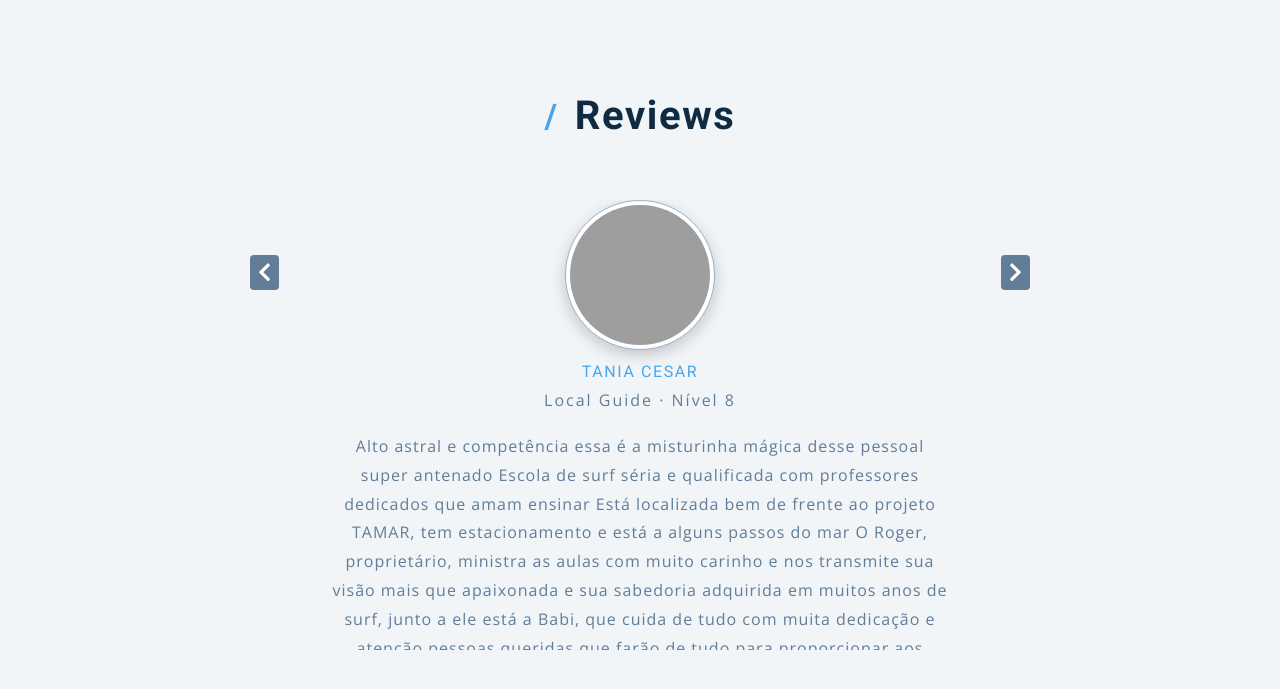
Repository: araguaci/floripasurfclub-reviews
Page: index.html
An editor plug-in stored every save of this project. The page is shown before and after the next save, followed by the edit.
The browser window is 1280 px wide. The pictures show the whole page.
Pictures or frames that could not be fetched are drawn as grey boxes. Some web libraries are served in a nearby version.

Above is the page before, as saved 2021-08-23 20:36:31.

### index.html
<!DOCTYPE html>
<html lang="en">
  <head>
    <meta charset="UTF-8" />
    <meta name="viewport" content="width=device-width, initial-scale=1.0" />
    <title>ES6 Slider</title>
    <!-- font-awesome -->
    <link
      rel="stylesheet"
      href="https://cdnjs.cloudflare.com/ajax/libs/font-awesome/5.14.0/css/all.min.css"
    />

    <!-- stylesheet -->
    <link rel="stylesheet" href="styles.css" />
  </head>
  <body>
    <section class="slider">
      <div class="reviews">
        <h2><span>/</span>reviews</h2>
      </div>
      <div class="slide-container">
        <!-- <article class="slide">
          <img
            src="https://res.cloudinary.com/diqqf3eq2/image/upload/c_scale,w_200/v1595959121/person-1_aufeoq.jpg"
            class="img"
            alt="peter doe"
          />
          <h4>peter doe</h4>
          <p class="title">product designer</p>
          <p class="text">
            Lorem ipsum dolor sit amet consectetur adipisicing elit. Quidem quo
            eius recusandae officia voluptas sint deserunt dicta nihil nam
            omnis?
          </p>
          <div class="quote-icon">
            <i class="fas fa-quote-right"></i>
          </div>
        </article> -->
      </div>
      <!-- buttons -->
      <!-- prev btn -->
      <button class="btn prev-btn">
        <i class="fas fa-chevron-left"></i>
      </button>
      <!-- next button -->
      <button class="btn next-btn">
        <i class="fas fa-chevron-right"></i>
      </button>
    </section>
    <script type="module" src="app.js"></script>
  </body>
</html>

### styles.css
/*
===============
Fonts
===============
*/
@import url("https://fonts.googleapis.com/css?family=Open+Sans|Roboto:400,700&display=swap");

/*
===============
Variables
===============
*/

:root {
  /* dark shades of primary color*/
  --clr-primary-1: hsl(205, 86%, 17%);
  --clr-primary-2: hsl(205, 77%, 27%);
  --clr-primary-3: hsl(205, 72%, 37%);
  --clr-primary-4: hsl(205, 63%, 48%);
  /* primary/main color */
  --clr-primary-5: hsl(205, 78%, 60%);
  /* lighter shades of primary color */
  --clr-primary-6: hsl(205, 89%, 70%);
  --clr-primary-7: hsl(205, 90%, 76%);
  --clr-primary-8: hsl(205, 86%, 81%);
  --clr-primary-9: hsl(205, 90%, 88%);
  --clr-primary-10: hsl(205, 100%, 96%);
  /* darkest grey - used for headings */
  --clr-grey-1: hsl(209, 61%, 16%);
  --clr-grey-2: hsl(211, 39%, 23%);
  --clr-grey-3: hsl(209, 34%, 30%);
  --clr-grey-4: hsl(209, 28%, 39%);
  /* grey used for paragraphs */
  --clr-grey-5: hsl(210, 22%, 49%);
  --clr-grey-6: hsl(209, 23%, 60%);
  --clr-grey-7: hsl(211, 27%, 70%);
  --clr-grey-8: hsl(210, 31%, 80%);
  --clr-grey-9: hsl(212, 33%, 89%);
  --clr-grey-10: hsl(210, 36%, 96%);
  --clr-white: #fff;
  --clr-red-dark: hsl(360, 67%, 44%);
  --clr-red-light: hsl(360, 71%, 66%);
  --clr-green-dark: hsl(125, 67%, 44%);
  --clr-green-light: hsl(125, 71%, 66%);
  --clr-black: #222;
  --ff-primary: "Roboto", sans-serif;
  --ff-secondary: "Open Sans", sans-serif;
  --transition: all 0.3s linear;
  --spacing: 0.1rem;
  --radius: 0.25rem;
  --light-shadow: 0 5px 15px rgba(0, 0, 0, 0.1);
  --dark-shadow: 0 5px 15px rgba(0, 0, 0, 0.2);
  --max-width: 1170px;
  --fixed-width: 620px;
}
/*
===============
Global Styles
===============
*/

*,
::after,
::before {
  margin: 0;
  padding: 0;
  box-sizing: border-box;
}
body {
  font-family: var(--ff-secondary);
  background: var(--clr-grey-10);
  color: var(--clr-grey-1);
  line-height: 1.5;
  font-size: 0.875rem;
}
ul {
  list-style-type: none;
}
a {
  text-decoration: none;
}
h1,
h2,
h3,
h4 {
  letter-spacing: var(--spacing);
  text-transform: capitalize;
  line-height: 1.25;
  margin-bottom: 0.75rem;
  font-family: var(--ff-primary);
}
h1 {
  font-size: 3rem;
}
h2 {
  font-size: 2rem;
}
h3 {
  font-size: 1.25rem;
}
h4 {
  font-size: 0.875rem;
}
p {
  margin-bottom: 1.25rem;
  color: var(--clr-grey-5);
}
@media screen and (min-width: 800px) {
  h1 {
    font-size: 4rem;
  }
  h2 {
    font-size: 2.5rem;
  }
  h3 {
    font-size: 1.75rem;
  }
  h4 {
    font-size: 1rem;
  }
  body {
    font-size: 1rem;
  }
  h1,
  h2,
  h3,
  h4 {
    line-height: 1;
  }
}

.section-center {
  width: 90vw;
  margin: 0 auto;
  max-width: 1170px;
}
@media screen and (min-width: 992px) {
  .section-center {
    width: 95vw;
  }
}
main {
  min-height: 100vh;
  display: grid;
  place-items: center;
}

/*
===============
Slider Styles
===============
*/
section {
  width: 85vw;
  max-width: var(--fixed-width);
  margin: 0 auto;
  margin-top: 5rem;
  text-align: center;
  padding: 1rem 0;
  /* set relative for buttons */
  position: relative;
}
.reviews {
  margin-bottom: 4rem;
}
.reviews h2 {
  display: flex;
  align-items: center;
  justify-content: center;
}
.reviews span {
  font-size: 0.85em;
  color: var(--clr-primary-5);
  margin-right: 1rem;
}
.img {
  width: 150px;
  height: 150px;
  object-fit: cover;
  border: 1px solid var(--clr-grey-7);
  background: var(--clr-white);
  padding: 0.25rem;
  border-radius: 50%;
  box-shadow: var(--dark-shadow);
}
h4 {
  text-transform: uppercase;
  font-weight: 500;
  color: var(--clr-primary-5);
  letter-spacing: var(--spacing);
  margin: 0.5rem 0;
}
.title {
  margin-bottom: 1.25rem;
  letter-spacing: 2px;
  text-transform: capitalize;
}
.text {
  color: var(--clr-grey-5);
  line-height: 1.8;
  max-width: 45em;
  margin: 0 auto;
  letter-spacing: 1px;
}

.icon:hover {
  transform: scale(1.1);
  opacity: 0.8;
}
.quote-icon {
  font-size: 3rem;
  margin-top: 2rem;
  color: var(--clr-primary-5);
}
/* set buttons */
.btn {
  position: absolute;
  top: 175px;
  background: var(--clr-grey-5);
  color: var(--clr-white);
  padding: 0.25rem 0.35rem;
  border-radius: 0.25rem;
  border: transparent;
  cursor: pointer;
}
.next-btn {
  right: -0.5rem;
}
.prev-btn {
  left: -0.5rem;
}
@media screen and (min-width: 768px) {
  .next-btn {
    right: -5rem;
  }
  .prev-btn {
    left: -5rem;
  }
  .btn {
    font-size: 1.3rem;
    padding: 0.35rem 0.5rem;
  }
  .quote-icon {
    font-size: 4rem;
  }
}

/* MORE CSS FOR JS */

.slide-container {
  display: flex;
  position: relative;
  height: 450px;
  overflow: hidden;
}

.slide {
  position: absolute;
  top: 0;
  left: 0;
  width: 100%;
  height: 100%;
  transition: all 0.3s ease-in-out;
  opacity: 0;
}
.slide.active {
  opacity: 1;
  transform: translateX(0);
}
.slide.next {
  transform: translateX(100%);
}
.slide.last {
  transform: translateX(-100%);
}

### app.js
import data from "./data.js";
const container = document.querySelector(".slide-container");
const nextBtn = document.querySelector(".next-btn");
const prevBtn = document.querySelector(".prev-btn");
// if length is 1 hide buttons
if (data.length === 1) {
  nextBtn.style.display = "none";
  prevBtn.style.display = "none";
}
// if length is 2, add copies of slides
let people = [...data];
if (data.length === 2) {
  people = [...data, ...data];
}
container.innerHTML = people
  .map((person, slideIndex) => {
    const { img, name, job, text } = person;
    let position = "next";
    if (slideIndex === 0) {
      position = "active";
    }
    if (slideIndex === people.length - 1) {
      position = "last";
    }
    if (data.length <= 1) {
      position = "active";
    }
    return `<article class="slide ${position}">
  <img src=${img} class="img" alt="${name}"/>
  <h4>${name}</h4>
  <p class="title">${job}</p>
  <p class="text">
   ${text}
  </p>
<div class="quote-icon">
<i class="fas fa-quote-right"></i>
</div>
 </article>`;
  })
  .join("");

const startSlider = (type) => {
  // get all three slides active,last next
  const active = document.querySelector(".active");
  const last = document.querySelector(".last");
  let next = active.nextElementSibling;
  if (!next) {
    next = container.firstElementChild;
  }
  active.classList.remove(["active"]);
  last.classList.remove(["last"]);
  next.classList.remove(["next"]);

  if (type === "prev") {
    active.classList.add("next");
    last.classList.add("active");
    next = last.previousElementSibling;
    if (!next) {
      next = container.lastElementChild;
    }
    next.classList.remove(["next"]);
    next.classList.add("last");
    return;
  }
  active.classList.add("last");
  last.classList.add("next");
  next.classList.add("active");
};
nextBtn.addEventListener("click", () => {
  startSlider();
});
prevBtn.addEventListener("click", () => {
  startSlider("prev");
});

### data.js
const people = [
  {
    img:
      "https://lh3.googleusercontent.com/a-/AOh14Giu0kiWyS2TqMwVEJ1al1_fpSVvwjTqir82_8H4-A=w60-h60-p-rp-mo-ba6-br100",
    name: "Tania Cesar",
    job: "Local Guide · Nível 8",
    text: `Alto astral e competência essa é a misturinha mágica desse pessoal super antenado
    Escola de surf séria e qualificada com professores dedicados que amam ensinar
    Está localizada bem de frente ao projeto TAMAR, tem estacionamento e está a alguns passos do mar
    O Roger, proprietário, ministra as aulas com muito carinho e nos transmite sua visão mais que apaixonada e sua sabedoria adquirida em muitos anos de surf, junto a ele está a Babi, que cuida de tudo com muita dedicação e atenção,pessoas queridas que farão de tudo para proporcionar aos alunos uma experiência inigualável.
    Vale a pena conferir!`,
  },
  {
    img:
      "https://lh3.googleusercontent.com/a-/AOh14GiYjYRznwekXx5B-5pkouNsyKt9njs5WctHDGFmWQI=w60-h60-p-rp-mo-br100",
    name: "Cesar Lopes",
    job: "Local Guide · Nível 2",
    text: `A aula é excelente, tudo em volta favorece, local, professor e material. Recomendo bastante`,
  },
  {
    img:
      "https://lh3.googleusercontent.com/a-/AOh14GgDzGFLzrlMZXo79mGsCE17A-hisYfwxj4CTLlsgg=w60-h60-p-rp-mo-ba4-br100",
    name: "Jaqueline Muniz",
    job: "Local Guide · Nível 6",
    text: `Manhã sensacional de surf graças ao Roger e a equipe do Floripa Surf Club! Fomos super bem acolhidos e instruídos. Os equipamentos são novíssimos e de ótima qualidade! Valeu demais!!`,
  },
  {
    img:
      "https://lh3.googleusercontent.com/a-/AOh14Gh6XkPmODM_cSEtolbGRLu3ikdT2PHd3dcjLbnArw=w60-h60-p-rp-mo-ba5-br100",
    name: "M. M. Leal",
    job: "Local Guide · Nível 7",
    text: `Essa escola é simplesmente incrível!!  A cada aula me sinto mais segura e mais confortável mas ondas, logo no primeiro dia já consegui ficar em pé na prancha! Eles tem vários tamanhos de prancha disponíveis e todo o material necessário. As aulas são profissionais e tudo com muito respeito, paciência e didática você se diverte, aprende e se conecta com a natureza e as ondas. Altamente recomendado!!`,
  },
  {
    img:
      "https://lh3.googleusercontent.com/a-/AOh14Gh8OcfW8UpBhIn2HgTVwjr2IgwT1A-fHR8t4rLNXQ=w60-h60-p-rp-mo-ba5-br100",
    name: "Natan Morette",
    job: "Local Guide · Nível 7",
    text: `Roger foi um excelente professor. Aulas muito boas, auto astral de mais. Aprendi a verdadeira essência do surf e me diverti muito. Além de ter evoluído de mais o meu nível de surf`,
  },
  {
    img:
      "https://lh3.googleusercontent.com/a-/AOh14GjHWM6SS1DVT6zLS50jgyPwNiRUPS9-ZbThNKiV5wY=w60-h60-p-rp-mo-br100",
    name: "ISABEL FAGUNDES",
    job: "",
    text: `Simplesmente Maravilhoso! Profs atenciosos e de ótima comunicação! Realmente amam o surf!  Minha filha fez a aula e super amou! Realização! Obrigada e parabéns!`,
  },
  {
    img:
      "https://lh3.googleusercontent.com/a/AATXAJxMuxno1G7MPdT0GL03WJO0U0C4l-refb-5gti_=w60-h60-p-rp-mo-br100",
    name: "Vinícius Pavan",
    job: "",
    text: `Entrei para uma escola de surf e ganhei uma família para a prática do esporte. Tudo impecável em cada detalhe e em poucas aulas a evolução foi muito grande.
    A equipe é incrível, especialmente o Roger que nos pegou pela mão e ensinou cada detalhe não apenas técnico como comportamental, ético moral do surf. Só tenho a agradecer!!`,
  },
  {
    img:
      "https://lh3.googleusercontent.com/a-/AOh14Gjdgf3fnxikdAAKotnWX4N-AfRUTeGsV2paQeAbHg=w60-h60-p-rp-mo-br100",
    name: "Leonardo",
    job: "",
    text: `Aulas muito boas e excelentes profissionais. Todos estão de parabéns pelo trabalho e pela energia dentro e fora da água. Valeu, galera!`,
  },
  {
    img:
      "https://lh3.googleusercontent.com/a-/AOh14GgYC2TEO3bykkbIRnAGhidciWzA_bbK2IwqC7jv-Q=w60-h60-p-rp-mo-br100",
    name: "Vinicius Paulino",
    job: "",
    text: `Além dos equipamentos de qualidade os ensinamentos praticos, teoricos e a vibe dos professores garetem o surf na sua essência com seguranca evolucao e diversão garantida...`,
  },
  {
    img:
      "https://lh3.googleusercontent.com/a-/AOh14GgBeeZeJouQSUSck3TaOql5MmivzKjsEiM6b6gBKw=w60-h60-p-rp-mo-br100",
    name: "Lafayette Baesso",
    job: "",
    text: `Sem palavras. Tive aula com o Roger e ele é um professor excepcional. Se você está em dúvida, confia. Eu recomendaria até para a minha vó hahaha`,
  },
  {
    img:
      "https://lh3.googleusercontent.com/a-/AOh14GgIEiEbekl7n1jcIFaYW8tIN4aDMkPyKZjRgtdEeA=w60-h60-p-rp-mo-br100",
    name: "Céu do Momento - Astrologia no seu dia a dia",
    job: "",
    text: `É o Guilherme aqui! Nossa senhora as aulas do Floripa Surf Club são SENSACIONAIS! Cheguei a pouco tempo em Floripa e fui super bem recibido pelos professores... Roger e Leo obrigado pelo alto astral e por cada aula incrível... Surf está se tornando minha paixão!! Gratidão imensa!!`,
  },
  {
    img:
      "https://lh3.googleusercontent.com/a-/AOh14GjyLIO18HSIUwV_6_YzdPu2li3c8bXKtV5DYDLQWA=w60-h60-p-rp-mo-br100",
    name: "Guilherme Sperandio",
    job: "",
    text: `Super recomendo as aulas do Roger e do Léo. Eles focam nos detalhes que cada iniciante precisa e a energia da aula é fantástica. Podem confiar que vale muito a pena. Gratidão, Roger e turma.`,
  },
  {
    img:
      "https://lh3.googleusercontent.com/a-/AOh14GgIvz6sGDumpCZobrTJK8TXte5bTZ2y8ftCMyXzxA=w60-h60-p-rp-mo-br100",
    name: "Ligia Salermo",
    job: "",
    text: `Professor ótimo, pessoal super gentil e simpático, fui bem atendida, lugar para trocar para mulheres bem reservado, me emprestaram cadeira de praia, tudo isso extra à aula de surf que foi excelente! Indico com certeza`,
  }
];

export default people;

After the next save:
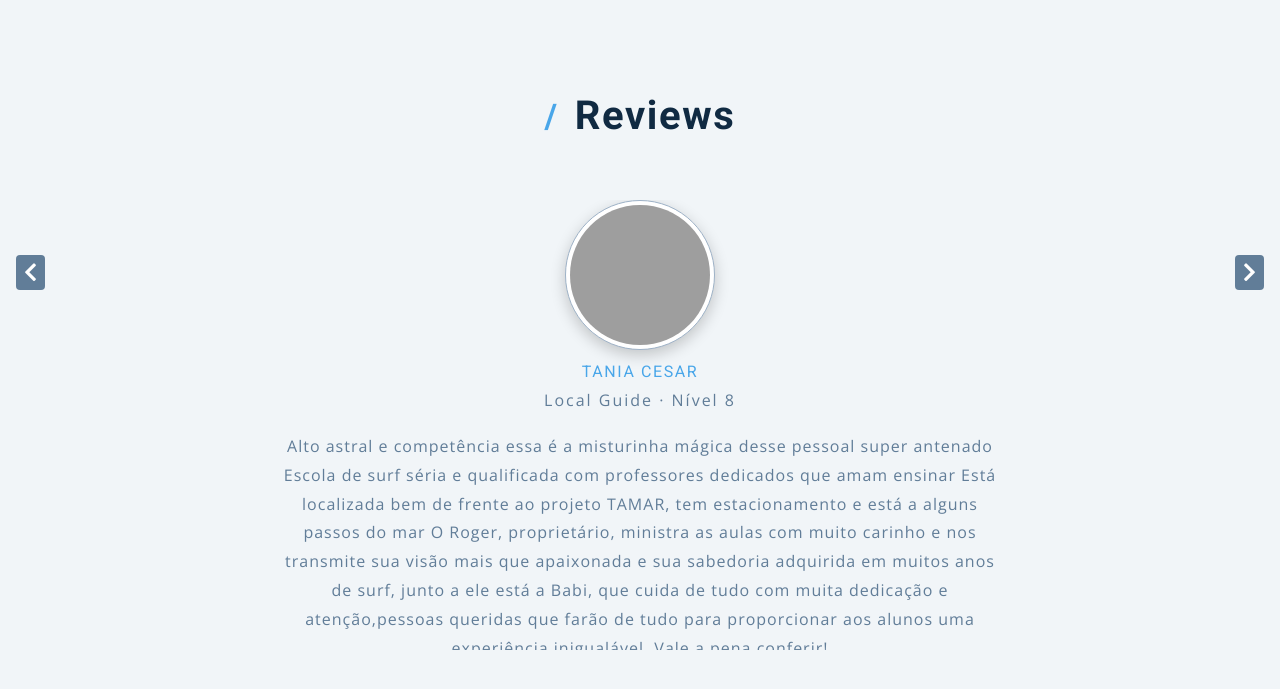
Saved 107 s later.
--- a/styles.css
+++ b/styles.css
@@ -152,7 +152,6 @@
 */
 section {
   width: 85vw;
-  max-width: var(--fixed-width);
   margin: 0 auto;
   margin-top: 5rem;
   text-align: center;
